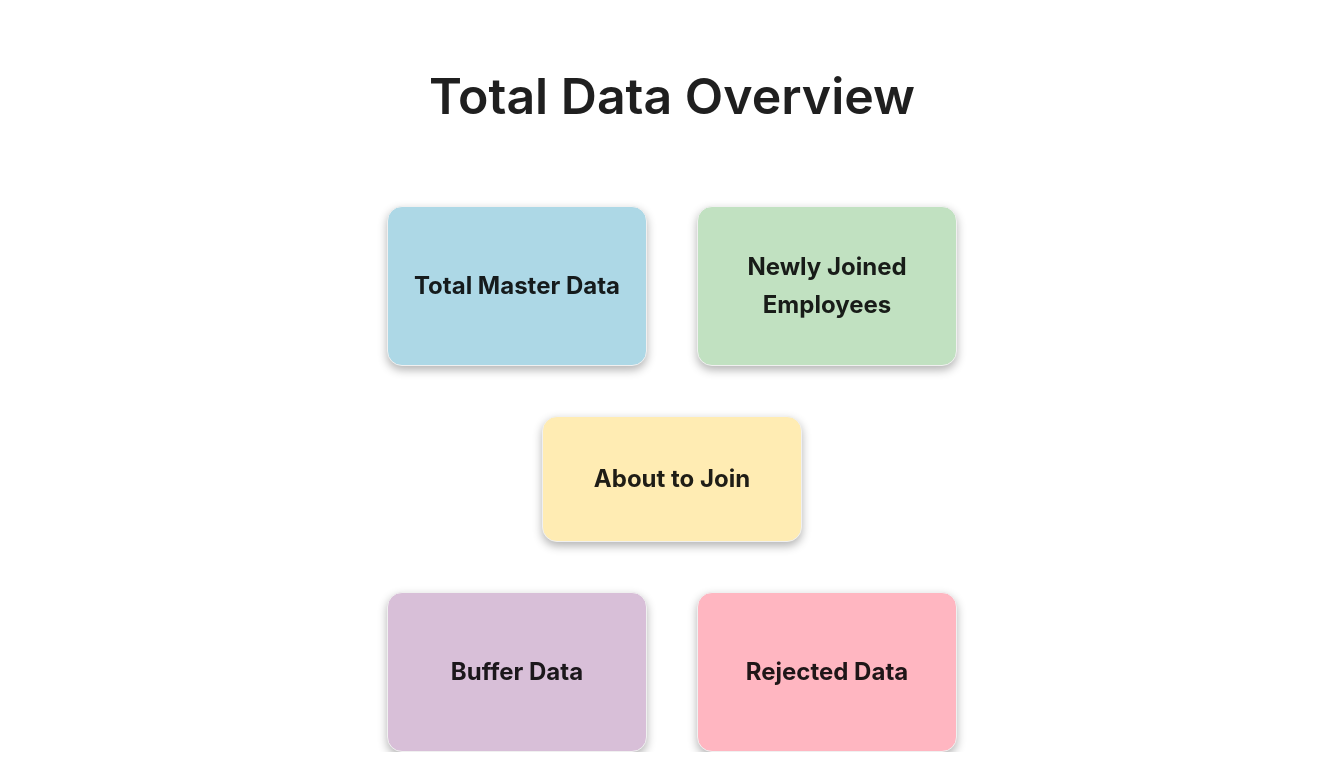
Repository: Moqueed/Delta_Iot
Page: /total-data (app in client/)
An editor plug-in stored every save of this project. The page is shown before and after the next save, followed by the edit.
The browser window is 1280 px wide. The page is 1344 px wide, so the pictures cover 1344 px, including what lies to the right of the window. The pictures show the whole page.
The project was rebuilt for these pictures with package versions that can differ from the ones it lists, and the page was loaded fresh each time. Also part of the build but not shown: client/vite.config.js, client/src/api/index.js, client/src/api/users.js, client/src/pages/Register/index.jsx, client/src/pages/Login/index.jsx, client/src/components/ProtectedRoute.jsx, client/src/pages/HR/HRDashboard.jsx, client/src/pages/Admin/AdminDashboard.jsx.

Above is the page before, as saved 2025-03-13 22:55:38.

### client/src/App.jsx
import { Route, Routes } from "react-router-dom";
import "./App.css";
import RegisterPage from "./pages/Register";
import LoginPage from "./pages/Login";
import ProtectedRoute from "./components/ProtectedRoute";
import HRDashboard from "./pages/HR/HRDashboard";
import AdminDashboard from "./pages/Admin/AdminDashboard";
import TotalDataPage from "./pages/HR/TotalDataPage";

function App() {
  return (
    <>
      <Routes>
        <Route path="/register" element={<RegisterPage />} />
        <Route path="/login" element={<LoginPage />} />
        <Route
          path="/hr-dashboard"
          element={
            <ProtectedRoute role="HR">
              <HRDashboard />
            </ProtectedRoute>
          }
        />
        <Route
          path="/admin-dashboard"
          element={
            <ProtectedRoute role="Admin">
              <AdminDashboard />
            </ProtectedRoute>
          }
        />
        <Route path="*" element={<LoginPage />} />
        <Route path="/total-data" element={<TotalDataPage/>}/>
      </Routes>
    </>
  );
}

export default App;

### client/src/pages/HR/TotalDataPage.jsx
import React from "react";
import { Card, Typography } from "antd";

const { Title } = Typography;

const TotalDataPage = () => {
  const sections = [
    { title: "Total Master Data", color: "#ADD8E6" },
    { title: "Newly Joined Employees", color: "#C1E1C1" },
    { title: "About to Join", color: "#FFECB3" },
    { title: "Buffer Data", color: "#D8BFD8" },
    { title: "Rejected Data", color: "#FFB6C1" },
  ];

  const cardStyle = {
    width: "260px",
    height: "160px",
    display: "flex",
    alignItems: "center",
    justifyContent: "center",
    borderRadius: "15px",
    boxShadow: "0 4px 10px rgba(0, 0, 0, 0.3)",
    fontWeight: "bold",
    fontSize: "24px",
    cursor: "pointer",
    transition: "transform 0.3s ease, box-shadow 0.3s ease",
  };

  const handleHover = (e) => {
    e.currentTarget.style.transform = "scale(1.1)";
    e.currentTarget.style.boxShadow = "0 8px 20px rgba(0, 0, 0, 0.5)";
  };

  const handleLeave = (e) => {
    e.currentTarget.style.transform = "scale(1)";
    e.currentTarget.style.boxShadow = "0 4px 10px rgba(0, 0, 0, 0.3)";
  };

  return (
    <div
      style={{
        height: "100vh",
        width: "100vw",
        display: "flex",
        flexDirection: "column",
        alignItems: "center",
        justifyContent: "center",
        backgroundColor: "#ffffff",
        gap: "50px",
        overflow: "hidden",
      }}
    >
      <Title level={1} style={{ marginBottom: "30px", fontSize: "50px" }}>
        Total Data Overview
      </Title>

      <div style={{ display: "flex", gap: "50px" }}>
        <Card
          style={{ ...cardStyle, backgroundColor: sections[0].color }}
          onMouseEnter={handleHover}
          onMouseLeave={handleLeave}
        >
          {sections[0].title}
        </Card>
        <Card
          style={{ ...cardStyle, backgroundColor: sections[1].color }}
          onMouseEnter={handleHover}
          onMouseLeave={handleLeave}
        >
          {sections[1].title}
        </Card>
      </div>

      <Card
        style={{ ...cardStyle, backgroundColor: sections[2].color }}
        onMouseEnter={handleHover}
        onMouseLeave={handleLeave}
      >
        {sections[2].title}
      </Card>

      <div style={{ display: "flex", gap: "50px" }}>
        <Card
          style={{ ...cardStyle, backgroundColor: sections[3].color }}
          onMouseEnter={handleHover}
          onMouseLeave={handleLeave}
        >
          {sections[3].title}
        </Card>
        <Card
          style={{ ...cardStyle, backgroundColor: sections[4].color }}
          onMouseEnter={handleHover}
          onMouseLeave={handleLeave}
        >
          {sections[4].title}
        </Card>
      </div>
    </div>
  );
};

export default TotalDataPage;

Loaded but not shown: client/index.html (common file); client/src/main.jsx (common file); client/src/index.css (common file); client/src/App.css (common file)

After the next save:
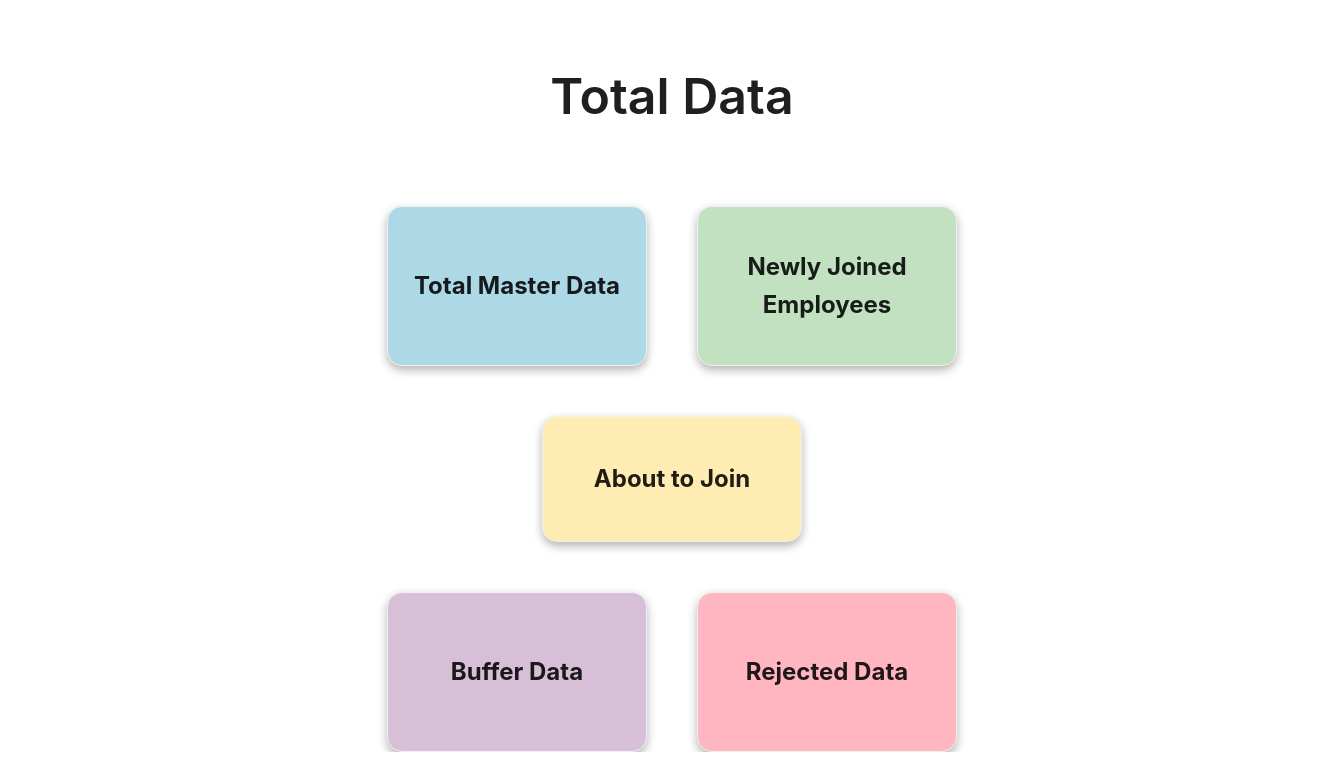
Saved 44 s later.
--- a/client/src/pages/HR/TotalDataPage.jsx
+++ b/client/src/pages/HR/TotalDataPage.jsx
@@ -51,7 +51,7 @@ const TotalDataPage = () => {
       }}
     >
       <Title level={1} style={{ marginBottom: "30px", fontSize: "50px" }}>
-        Total Data Overview
+        Total Data
       </Title>
 
       <div style={{ display: "flex", gap: "50px" }}>
